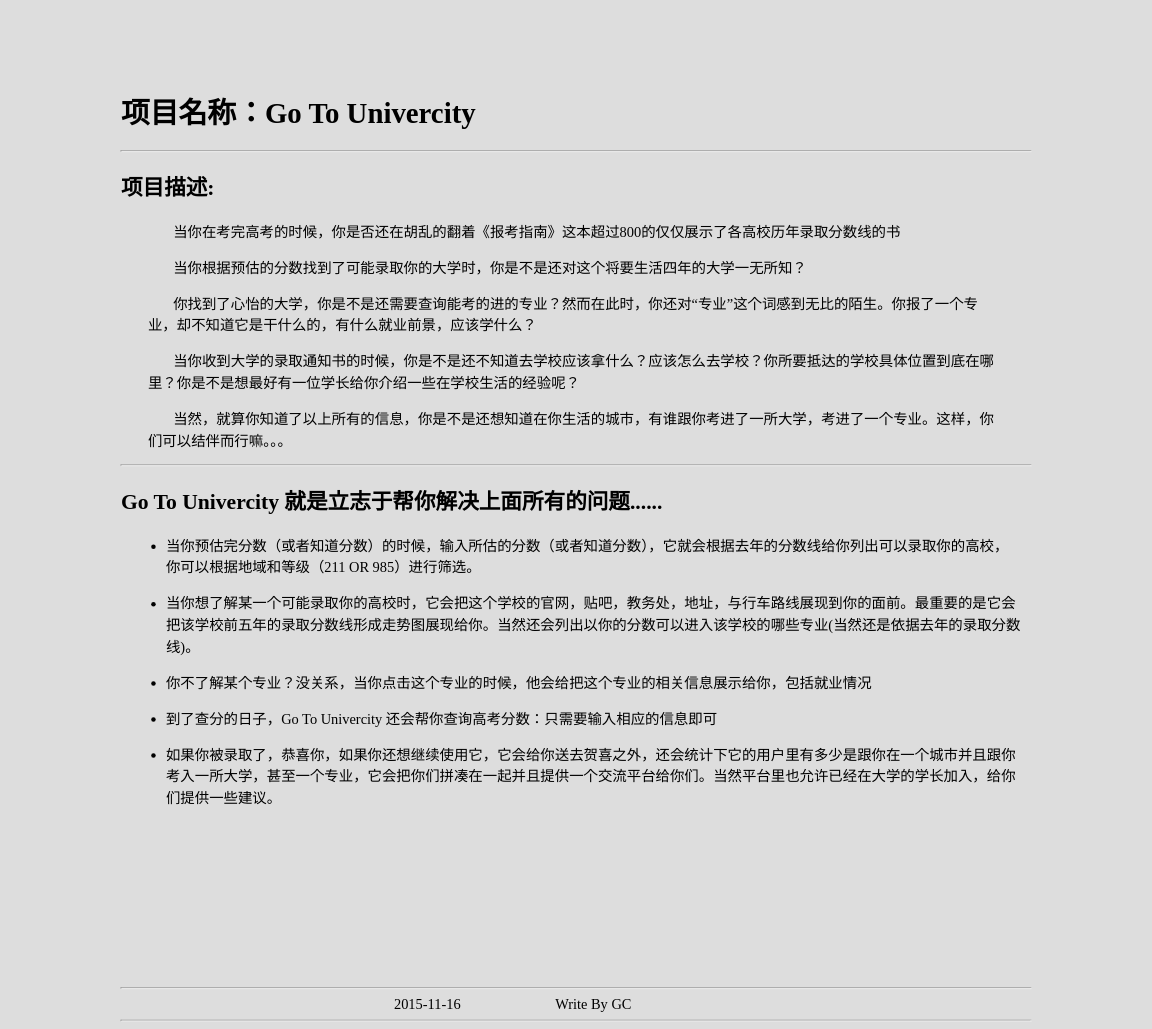
Repository: SUT-GC/GoToUnivercity
Page: http://localhost/GoToUniversity/ideasource/idea.jsp
An editor plug-in stored every save of this project. The page is shown before and after the next save, followed by the edit.
The browser window is 1280 px wide. The pictures show the whole page, at 90% of full size.
The page is served by Tomcat 9. Nobody is signed in. The application's start-up code is not run.

Above is the page before, as saved 2015-11-16 11:32:18.

After the next save:
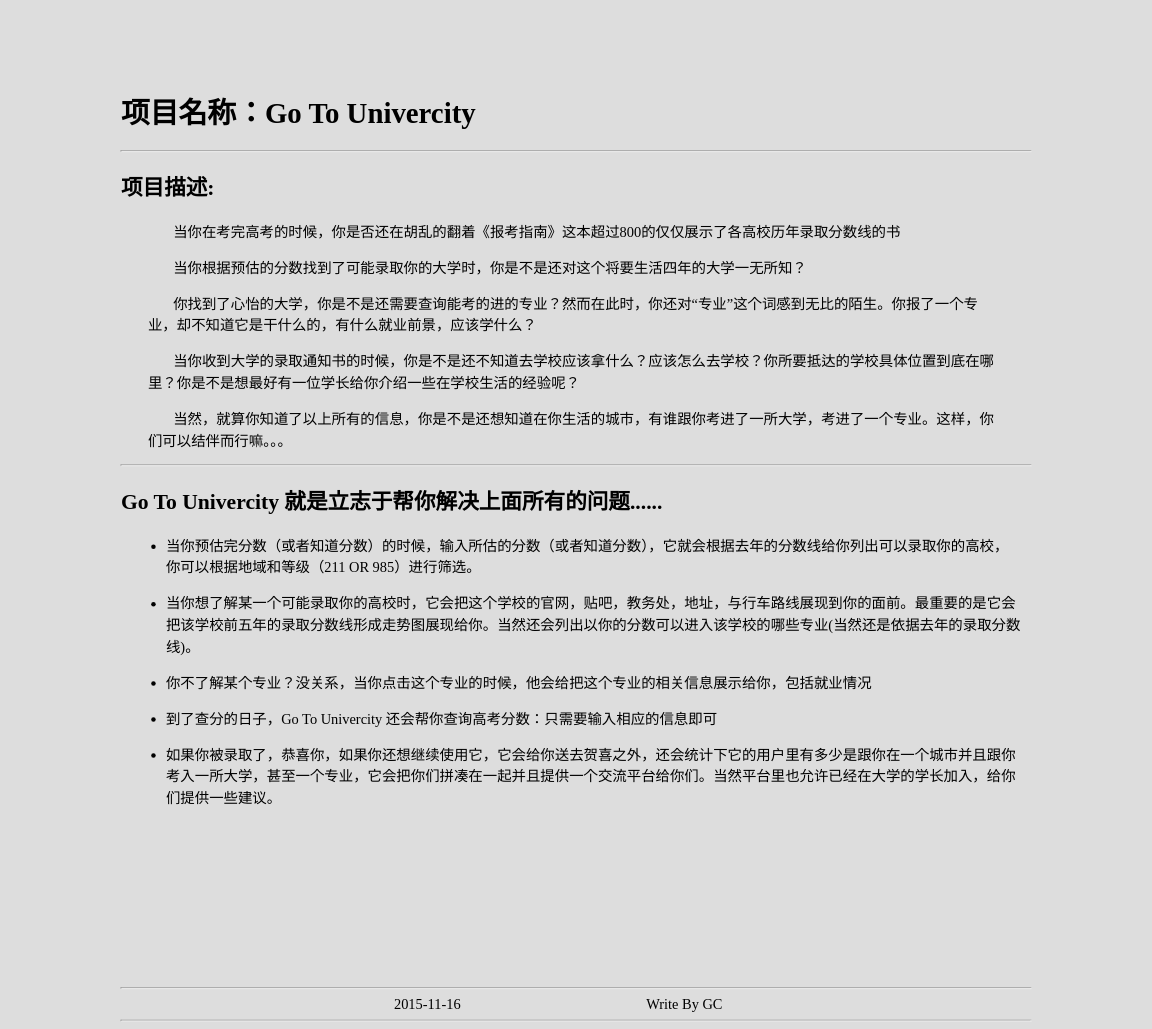
Saved 6 s later.
--- a/GoToUniversity/WebContent/ideasource/css/idea.css
+++ b/GoToUniversity/WebContent/ideasource/css/idea.css
@@ -25,5 +25,5 @@ body{
 	margin-left: 30%;
 }
 .tail_writer{
-	margin-left: 10%;
+	margin-left: 20%;
 }
